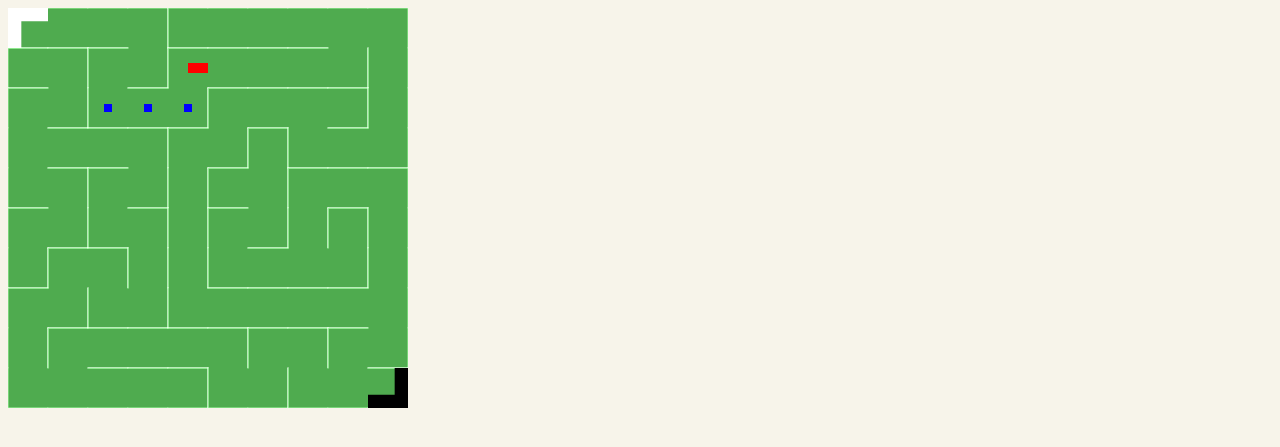
Repository: animarcus/maze-generator
Page: index.html
These files come from the project's save history. The page is drawn as it stood at one moment and after the next save; the edit follows.
The browser window is 1280 px wide. The pictures show the whole page.
Some web libraries are served in a nearby version.

Above is the page before, as saved 2020-09-12 20:08:43.

After the next save:
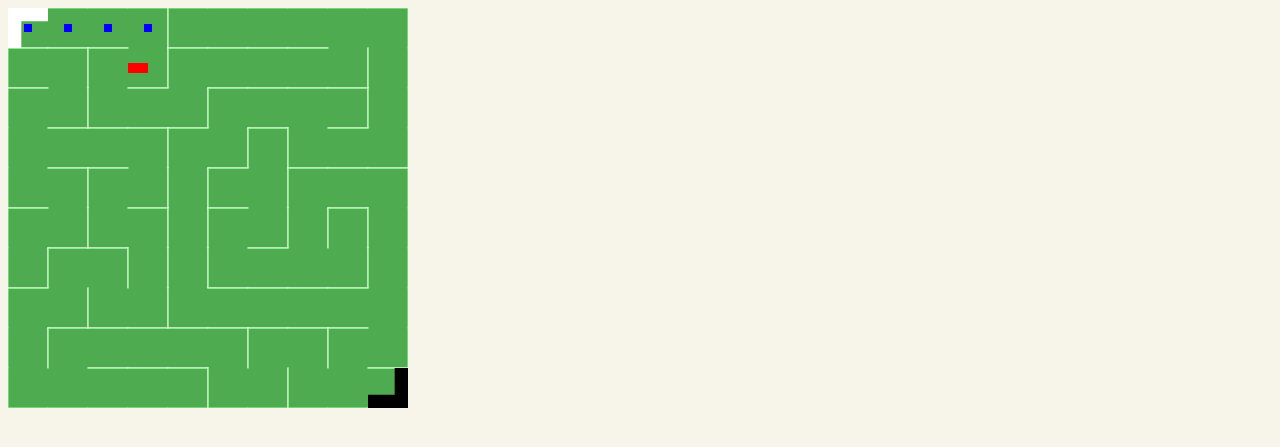
Saved 15 s later.
--- a/js/sketch.js
+++ b/js/sketch.js
@@ -73,7 +73,7 @@ let maze = {
       current = stack.pop();
       if (stack.length == 0) {
         frameRate(3);
-        solver = new Solver(2, 2);
+        solver = new Solver(0, 0);
         generated = true;
 
         solveOK = true;
